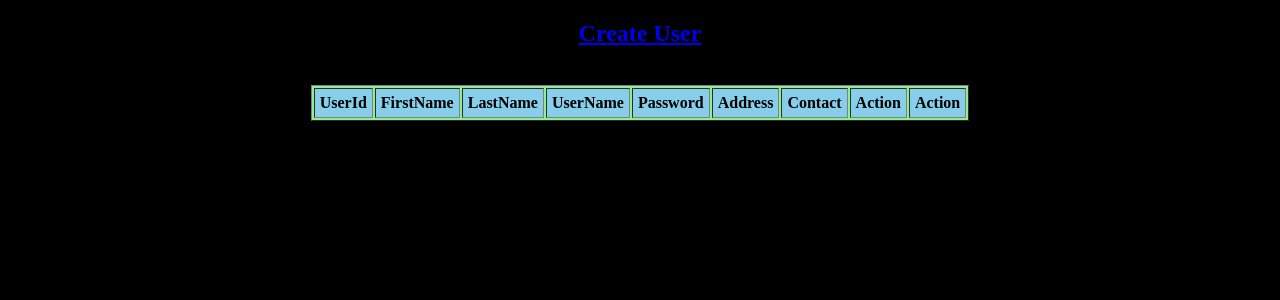
Repository: Shivanishinde8225/User-Managment-System
Page: http://localhost/RegistrationUserApp/ListUsers.jsp
These files come from the project's save history. The page is drawn as it stood at one moment and after the next save; the edit follows.
The browser window is 1280 px wide. The pictures show the whole page.
The page is served by Tomcat 9. Queries for data that is not in the repository find no rows.

Above is the page before, as saved 2023-04-02 08:05:15.

After the next save:
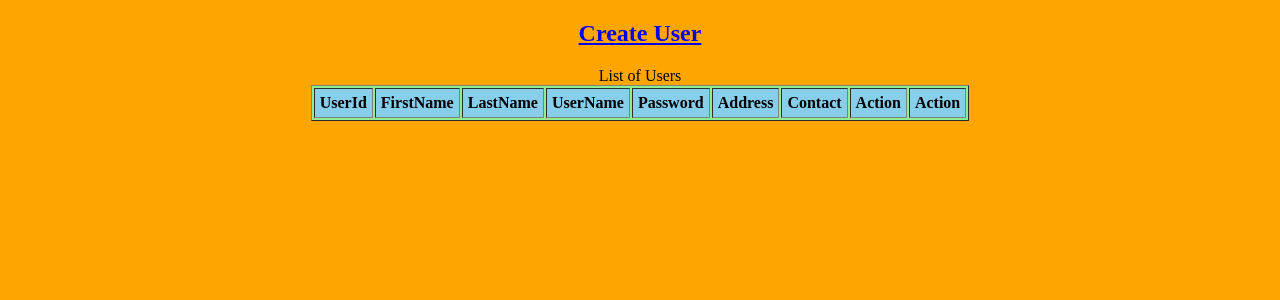
Saved 61 min 29 s later.
--- a/RegistrationUserApp/webapp/ListUsers.jsp
+++ b/RegistrationUserApp/webapp/ListUsers.jsp
@@ -9,7 +9,7 @@
 <meta charset="UTF-8">
 <title>Insert title here</title>
 </head>
-<body bgcolor = "purp">
+<body bgcolor = "orange">
  <center>
 		<h2><a href = "RegistrationForm.jsp">Create User</a></h2>
 	</center>
